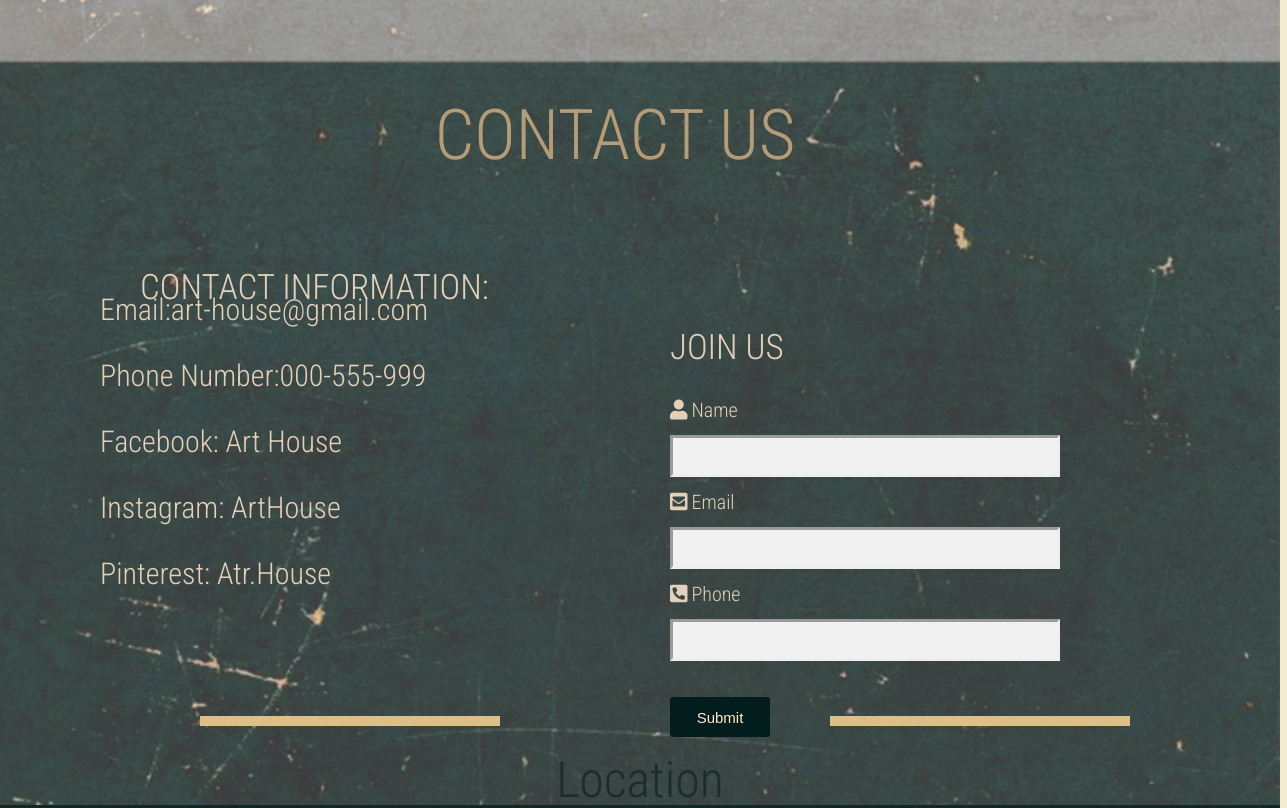
Repository: merge-confilicts/art-house
Page: html/contact-us.html
These files come from the project's save history. The page is drawn as it stood at one moment and after the next save; the edit follows.
The browser window is 1280 px wide. The page is 1287 px wide, so the pictures cover 1287 px, including what lies to the right of the window. The pictures show the part of the page from y = 0 to 808 px (the page is 2200 px tall).
Pictures or frames that could not be fetched are drawn as grey boxes.

Above is the page before, as saved 2021-05-26 12:37:56.

After the next save:
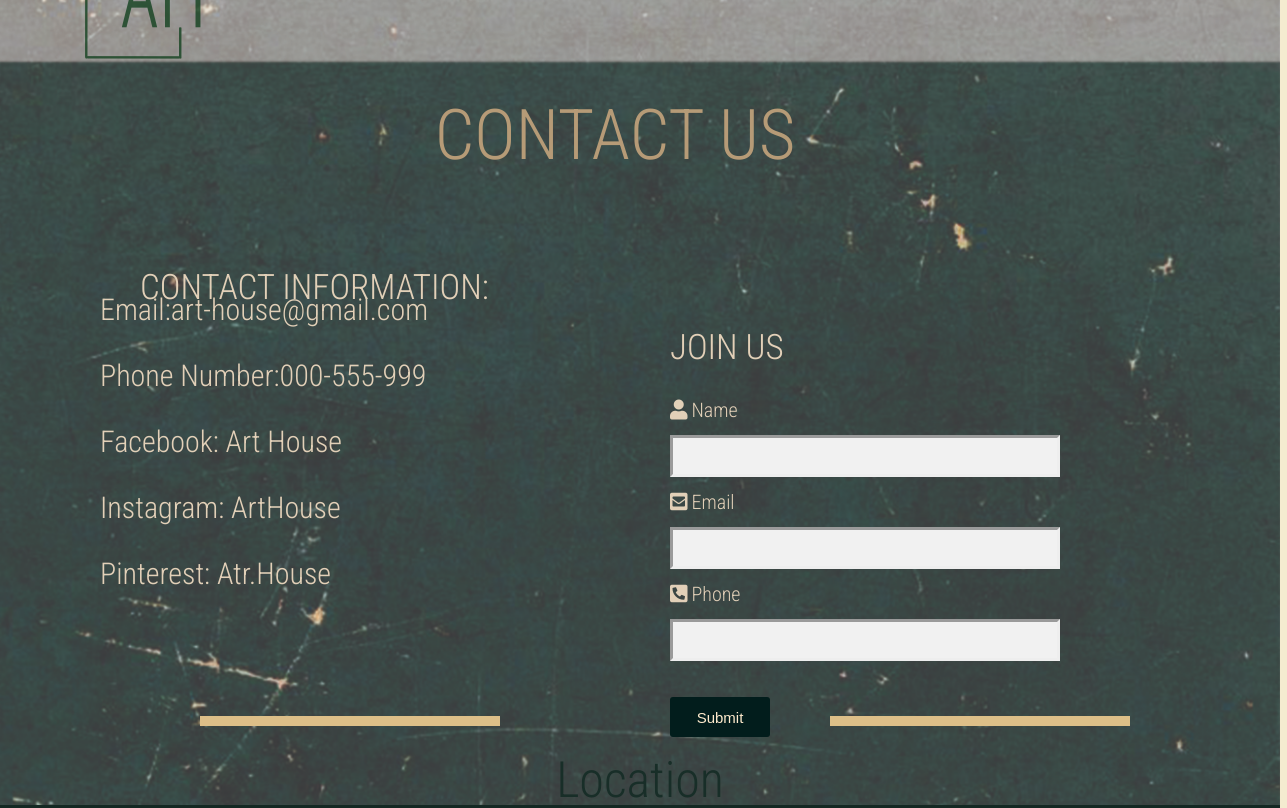
Saved 4 min 45 s later.
--- a/html/contact-us.html
+++ b/html/contact-us.html
@@ -22,7 +22,7 @@
     <header id="header">
         <nav>
             <ul>
-                <li><a href="/index.html">Art House</a></li>
+                <li><a href="/index.html"><img src="Images/slideshow/a1de5ef2bbdf4582b79856771ada2ce0 (2).png" alt="" id="logo"/></a></li>
                 <li><a href="/html/gallery.html">Gallary</a></li>
                 <li><a href="#">Contact</a></li>
                 <li><a href="/html/shopping-page.html"><i class="fab fa-opencart"></i>

After the save that followed:
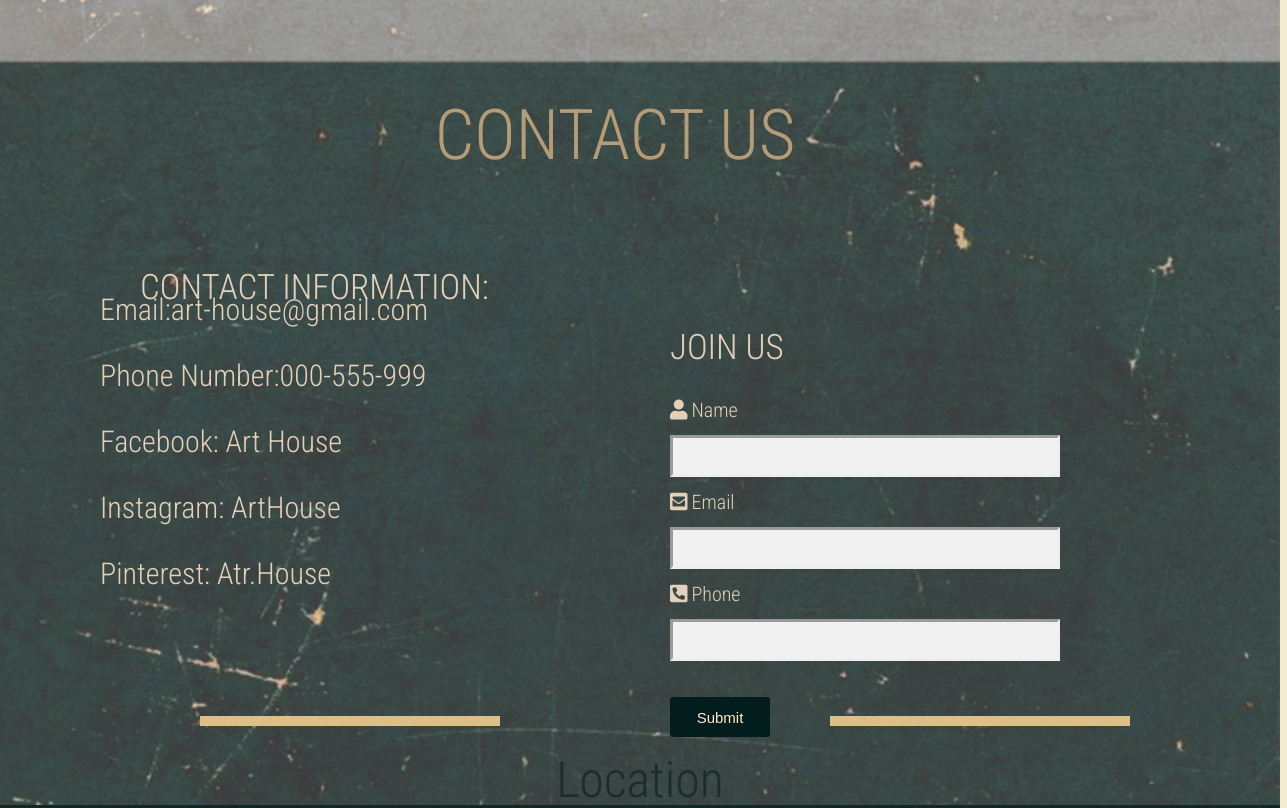
Saved 23 s later.
--- a/css/cantactUs.css
+++ b/css/cantactUs.css
@@ -6,6 +6,14 @@
     background-color: #F4EBD0;
 }
 
+#logo{
+    top: -30px;
+    left: 100px;
+    position: absolute;
+    width: 100px;
+    height:100px;
+    z-index: 2;
+}
 
 #header nav{
     background-color: #a38b5d;
